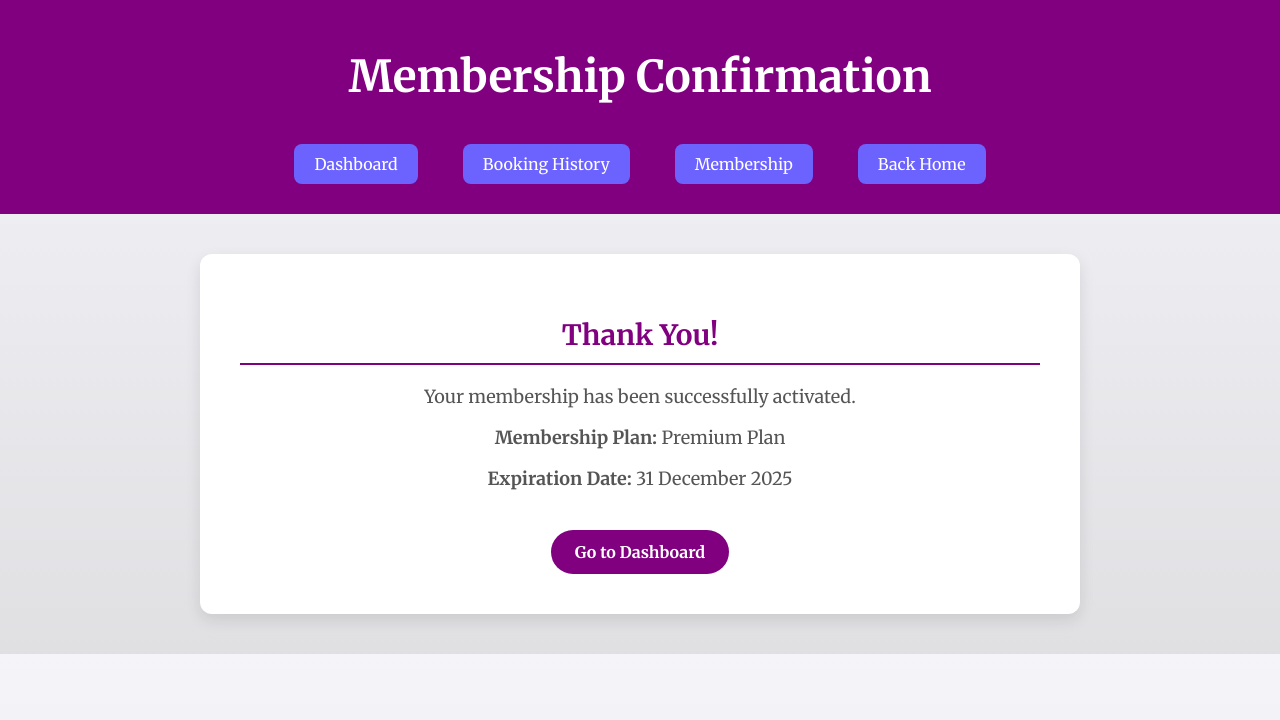
Repository: GHzPhoenix/Project-Odyssey
Page: Frontend/membership-confirmation.html
These files come from the project's save history. The page is drawn as it stood at one moment and after the next save; the edit follows.
The browser window is 1280 px wide. The pictures show the whole page.

Above is the page before, as saved 2025-06-08 10:59:55.

### Frontend/membership-confirmation.html
<!DOCTYPE html>
<html lang="en">
  <head>
    <meta charset="UTF-8" />
    <meta name="viewport" content="width=device-width, initial-scale=1.0" />
    <title>Membership Confirmation</title>
    <link rel="stylesheet" href="/Frontend/css/dashboard.css" />
    <link
      href="https://fonts.googleapis.com/css2?family=Merriweather:wght@400;700&display=swap"
      rel="stylesheet"
    />
    <style>
      body {
        font-family: "Merriweather", serif;
        background: linear-gradient(to bottom, #f4f4f9, #e0e0e3);
        margin: 0;
        padding: 0;
      }

      header {
        background-color: purple;
        color: white;
        padding: 20px;
        text-align: center;
      }

      nav {
        background-color: purple;
        display: flex;
        justify-content: center;
        flex-wrap: wrap;
        padding: 10px 0;
        gap: 15px;
      }

      nav a {
        text-decoration: none;
        color: white;
        background-color: #6c63ff;
        padding: 10px 20px;
        border-radius: 8px;
        transition: background-color 0.3s;
        font-weight: 500;
      }

      nav a:hover {
        background-color: #cd75ce;
        color: yellow;
      }

      main {
        max-width: 800px;
        margin: 40px auto;
        background-color: white;
        padding: 40px;
        border-radius: 12px;
        box-shadow: 0px 6px 15px rgba(0, 0, 0, 0.1);
        text-align: center;
      }

      .confirmation h2 {
        color: purple;
        font-size: 28px;
        margin-bottom: 20px;
      }

      .confirmation p {
        font-size: 18px;
        color: #555;
        margin-bottom: 15px;
      }

      .button {
        background-color: purple;
        color: white;
        padding: 12px 24px;
        border-radius: 25px;
        text-decoration: none;
        font-weight: bold;
        display: inline-block;
        margin-top: 25px;
        transition: background-color 0.3s;
      }

      .button:hover {
        background-color: #ff3b72;
      }
    </style>
  </head>
  <body>
    <header>
      <h1>Membership Confirmation</h1>
      <nav>
        <a href="dashboard.html">Dashboard</a>
        <a href="booking-history.html">Booking History</a>
        <a href="membership-confirmation.html">Membership</a>
        <a href="index.html">Back Home</a>
      </nav>
    </header>

    <main>
      <section class="confirmation">
        <h2>Thank You!</h2>
        <p>Your membership has been successfully activated.</p>
        <p>
          <strong>Membership Plan:</strong>
          <span id="membership-type">Loading...</span>
        </p>
        <p>
          <strong>Expiration Date:</strong>
          <span id="membership-expiration">Loading...</span>
        </p>
        <a href="dashboard.html" class="button">Go to Dashboard</a>
      </section>
    </main>

    <script>
      // Simulate membership data
      document.getElementById("membership-type").textContent = "Premium Plan";
      document.getElementById("membership-expiration").textContent =
        "31 December 2025";
    </script>
  </body>
</html>

### Frontend/css/dashboard.css
body {
  font-family: "Merriweather", serif;
  background: linear-gradient(to bottom, #f4f4f9, #e0e0e3);
  margin: 0;
  padding: 0;
}

header {
  background-color: purple;
  color: white;
  text-align: center;
  padding: 20px;
  font-size: 22px;
  font-weight: bold;
}

nav {
  margin-top: 15px;
}

nav a {
  color: white;
  text-decoration: none;
  margin: 0 15px;
  font-weight: bold;
  font-size: 1rem;
  padding: 10px 20px;
  border-radius: 20px;
  background-color: #947fff;
  transition: background 0.3s ease-in-out;
}

nav a:hover {
  background-color: #ff6f91;
  color: yellow;
}

.menu-toggle {
  display: none;
  flex-direction: column;
  cursor: pointer;
}

.menu-toggle div {
  width: 28px;
  height: 3px;
  background-color: white;
  margin: 4px 0;
}

@media (max-width: 768px) {
  nav ul {
    flex-direction: column;
    width: 100%;
    display: none;
    background-color: purple;
    margin-top: 10px;
    padding: 10px 0;
  }

  nav ul.active {
    display: flex;
  }

  .menu-toggle {
    display: flex;
  }

  nav ul li {
    width: 100%;
    text-align: center;
  }
}

main {
  max-width: 1000px;
  margin: 30px auto;
  padding: 30px;
  background-color: white;
  border-radius: 12px;
  box-shadow: 0px 5px 15px rgba(0, 0, 0, 0.1);
}

h2 {
  color: purple;
  font-size: 24px;
  margin-bottom: 20px;
  text-align: center;
  border-bottom: 2px solid purple;
  padding-bottom: 10px;
}

.dashboard-section {
  margin: 20px 0;
  padding: 20px;
  background-color: #f9f9ff;
  border-radius: 10px;
  box-shadow: 0px 2px 8px rgba(0, 0, 0, 0.1);
}

.dashboard-section h3 {
  font-size: 20px;
  color: purple;
  margin-bottom: 10px;
}

.deals-container {
  display: grid;
  grid-template-columns: repeat(auto-fit, minmax(280px, 1fr));
  gap: 1.5rem;
  margin-top: 2rem;
  padding: 0;
}

.deal-card {
  background-color: #fff;
  border-radius: 12px;
  overflow: hidden;
  box-shadow: 0 4px 10px rgba(0, 0, 0, 0.1);
  transition: transform 0.2s ease, box-shadow 0.2s ease;
  display: flex;
  flex-direction: column;
}

.deal-card:hover {
  transform: translateY(-4px);
  box-shadow: 0 6px 14px rgba(0, 0, 0, 0.15);
}

.deal-card img {
  width: 100%;
  height: 180px;
  object-fit: cover;
  display: block;
}

.deal-card-body {
  padding: 1rem;
  flex: 1;
  display: flex;
  flex-direction: column;
}

.deal-card-body h3 {
  margin: 0 0 0.5rem;
  font-size: 1.25rem;
  color: purple;
}

.deal-card-body p {
  margin: 0.25rem 0;
  color: #555;
  font-size: 0.95rem;
  flex: 1;
}

.card-button {
  display: inline-block;
  background-color: purple;
  color: #fff;
  text-decoration: none;
  padding: 0.5rem 1rem;
  border-radius: 20px;
  font-weight: bold;
  font-size: 0.95rem;
  text-align: center;
  transition: background-color 0.3s ease;
  margin-top: 1rem;
}

.card-button:hover {
  background-color: #ff6f91;
  color: #fff;
}

.no-deals {
  text-align: center;
  font-size: 1rem;
  color: #555;
  margin-top: 2rem;
}

@media (max-width: 600px) {
  .deals-container {
    grid-template-columns: 1fr;
  }
  .deal-card img {
    height: 200px;
  }
}

.dashboard-section p {
  font-size: 16px;
  color: #555;
}

.button {
  background-color: purple;
  color: white;
  padding: 10px 18px;
  border-radius: 25px;
  text-decoration: none;
  display: inline-block;
  margin-top: 15px;
  font-weight: bold;
  transition: background 0.3s ease-in-out;
}

.button:hover {
  background-color: #ff3b72;
}

footer {
  background-color: purple;
  color: white;
  text-align: center;
  padding: 20px;
  margin-top: 40px;
}

@media (max-width: 768px) {
  main {
    margin: 20px;
    padding: 20px;
  }
}

Loaded but not shown: Frontend/css/style.css (979 lines, source omitted)

After the next save:
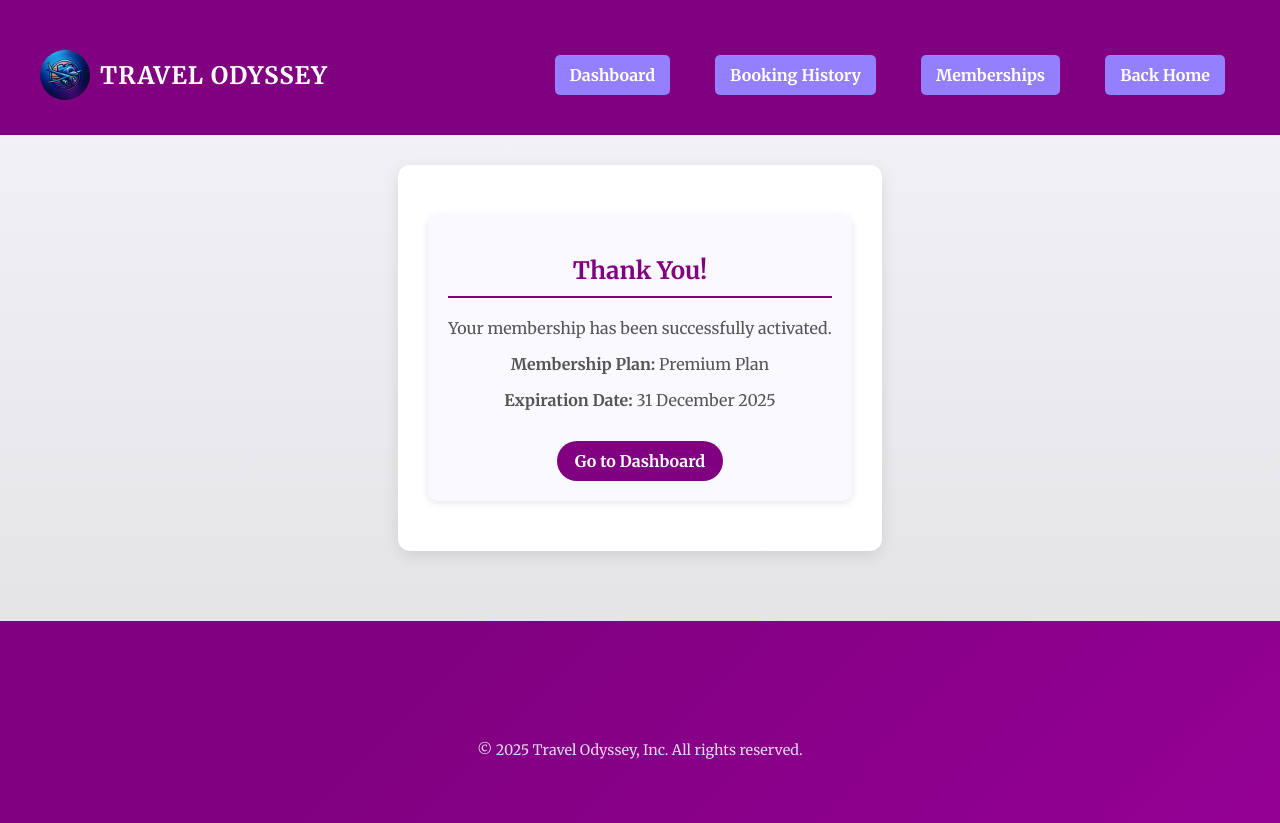
Saved 58 s later.
--- a/Frontend/membership-confirmation.html
+++ b/Frontend/membership-confirmation.html
@@ -3,122 +3,86 @@
   <head>
     <meta charset="UTF-8" />
     <meta name="viewport" content="width=device-width, initial-scale=1.0" />
-    <title>Membership Confirmation</title>
-    <link rel="stylesheet" href="/Frontend/css/dashboard.css" />
+    <title>Membership Confirmation – Travel Odyssey</title>
+
+    <link rel="stylesheet" href="css/style.css" />
+    <link rel="stylesheet" href="css/dashboard.css" />
+
+    <!-- If you want page-specific CSS, uncomment and edit membership.css -->
+    <!-- <link rel="stylesheet" href="css/membership.css" /> -->
+
+    <link rel="preconnect" href="https://fonts.googleapis.com" />
+    <link rel="preconnect" href="https://fonts.gstatic.com" crossorigin />
     <link
-      href="https://fonts.googleapis.com/css2?family=Merriweather:wght@400;700&display=swap"
+      href="https://fonts.googleapis.com/css2?family=Merriweather:wght@300;400;700&display=swap"
       rel="stylesheet"
     />
-    <style>
-      body {
-        font-family: "Merriweather", serif;
-        background: linear-gradient(to bottom, #f4f4f9, #e0e0e3);
-        margin: 0;
-        padding: 0;
-      }
+  </head>
 
-      header {
-        background-color: purple;
-        color: white;
-        padding: 20px;
-        text-align: center;
-      }
-
-      nav {
-        background-color: purple;
-        display: flex;
-        justify-content: center;
-        flex-wrap: wrap;
-        padding: 10px 0;
-        gap: 15px;
-      }
-
-      nav a {
-        text-decoration: none;
-        color: white;
-        background-color: #6c63ff;
-        padding: 10px 20px;
-        border-radius: 8px;
-        transition: background-color 0.3s;
-        font-weight: 500;
-      }
-
-      nav a:hover {
-        background-color: #cd75ce;
-        color: yellow;
-      }
-
-      main {
-        max-width: 800px;
-        margin: 40px auto;
-        background-color: white;
-        padding: 40px;
-        border-radius: 12px;
-        box-shadow: 0px 6px 15px rgba(0, 0, 0, 0.1);
-        text-align: center;
-      }
-
-      .confirmation h2 {
-        color: purple;
-        font-size: 28px;
-        margin-bottom: 20px;
-      }
-
-      .confirmation p {
-        font-size: 18px;
-        color: #555;
-        margin-bottom: 15px;
-      }
-
-      .button {
-        background-color: purple;
-        color: white;
-        padding: 12px 24px;
-        border-radius: 25px;
-        text-decoration: none;
-        font-weight: bold;
-        display: inline-block;
-        margin-top: 25px;
-        transition: background-color 0.3s;
-      }
-
-      .button:hover {
-        background-color: #ff3b72;
-      }
-    </style>
-  </head>
   <body>
     <header>
-      <h1>Membership Confirmation</h1>
       <nav>
-        <a href="dashboard.html">Dashboard</a>
-        <a href="booking-history.html">Booking History</a>
-        <a href="membership-confirmation.html">Membership</a>
-        <a href="index.html">Back Home</a>
+        <div class="logo">
+          <img src="assets/your-logo.png" alt="Travel Odyssey Logo" />
+          Travel Odyssey
+        </div>
+        <button
+          class="menu-toggle"
+          aria-label="Toggle navigation"
+          onclick="toggleMenu()"
+        >
+          <div></div>
+          <div></div>
+          <div></div>
+        </button>
+        <ul class="nav-menu">
+          <li><a href="dashboard.html">Dashboard</a></li>
+          <li><a href="booking-history.html">Booking History</a></li>
+          <li><a href="membership.html">Memberships</a></li>
+          <li><a href="index.html">Back Home</a></li>
+        </ul>
       </nav>
     </header>
 
     <main>
-      <section class="confirmation">
+      <section class="confirmation dashboard-section">
         <h2>Thank You!</h2>
         <p>Your membership has been successfully activated.</p>
+
         <p>
           <strong>Membership Plan:</strong>
-          <span id="membership-type">Loading...</span>
+          <span id="membership-type">Loading…</span>
         </p>
         <p>
           <strong>Expiration Date:</strong>
-          <span id="membership-expiration">Loading...</span>
+          <span id="membership-expiration">Loading…</span>
         </p>
+
         <a href="dashboard.html" class="button">Go to Dashboard</a>
       </section>
     </main>
 
+    <footer class="footer">
+      <div class="footer-container"></div>
+      <div class="footer-bottom">
+        <p>© 2025 Travel Odyssey, Inc. All rights reserved.</p>
+      </div>
+    </footer>
+
     <script>
-      // Simulate membership data
-      document.getElementById("membership-type").textContent = "Premium Plan";
-      document.getElementById("membership-expiration").textContent =
-        "31 December 2025";
+      function toggleMenu() {
+        document.querySelector(".nav-menu").classList.toggle("active");
+      }
+
+      document.addEventListener("DOMContentLoaded", () => {
+        const user = JSON.parse(localStorage.getItem("user") || "{}");
+
+        const plan = user.membershipType || "Premium Plan";
+        const exp = user.membershipExpires || "31 December 2025";
+
+        document.getElementById("membership-type").textContent = plan;
+        document.getElementById("membership-expiration").textContent = exp;
+      });
     </script>
   </body>
 </html>
